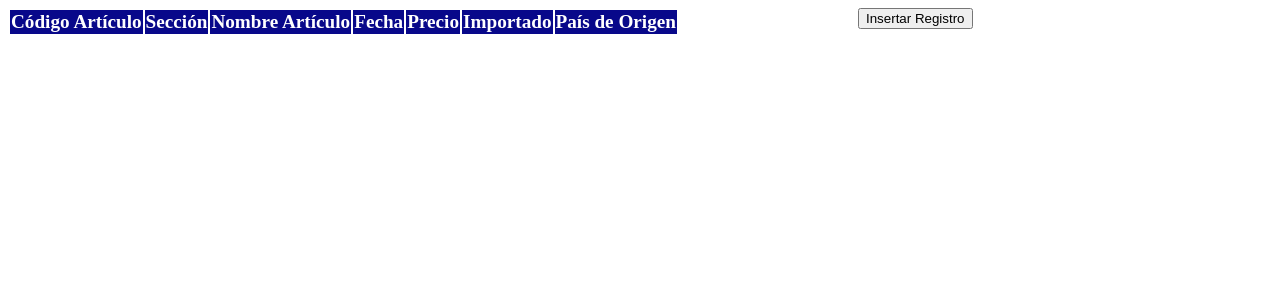
Repository: FernandoJFernandez/Curso-java-2022
Page: http://localhost/Web_de_Productos/ControladorProductos
An editor plug-in stored every save of this project. The page is shown before and after the next save, followed by the edit.
The browser window is 1280 px wide. The pictures show the whole page.
The page is served by Tomcat 9. Other server files are loaded and not shown. Queries for data that is not in the repository find no rows.

Above is the page before, as saved 2023-04-25 00:08:09.

### Web_de_Productos/src/main/webapp/ListaProductos.jsp
<%@ page language="java" contentType="text/html; charset=UTF-8"
    pageEncoding="UTF-8"%>
<%@taglib uri="http://java.sun.com/jsp/jstl/core" prefix = "c" %>

<!DOCTYPE html>
<html>
<head>
	<meta charset="UTF-8">
	<title>Lista Productos</title>
	<style type="text/css">
		.cabecera{
			font-size: 1.2em;
			font-weight: bold;
			color: #FFFFFF;
			background-color: #08088A;
		}
		.filas{
			text-align: center;
			background-color: #5882FA;
		}
		table{
			float: left;
		}
		#contenedorBoton{
			margin-left: 850px;
		}
	</style>
</head>
<body>
	<table>
		<tr>
			<td class="cabecera">Código Artículo</td>
			<td class="cabecera">Sección</td>
			<td class="cabecera">Nombre Artículo</td>
			<td class="cabecera">Fecha</td>
			<td class="cabecera">Precio</td>
			<td class="cabecera">Importado</td>
			<td class="cabecera">País de Origen</td>
		</tr>

		<c:forEach var="tempProd" items="${LISTAPRODUCTOS}">
			<tr>
				<td class="filas">${tempProd.cArt}</td>
				<td class="filas">${tempProd.seccion}</td>
				<td class="filas">${tempProd.nArt}</td>
				<td class="filas">${tempProd.fecha}</td>
				<td class="filas">${tempProd.precio}</td>
				<td class="filas">${tempProd.importado}</td>
				<td class="filas">${tempProd.pOrig}</td>
			</tr>
		</c:forEach>
	</table>
	<div id="contenedorBoton">
		<input type="button" value="Insertar Registro" onclick="window.location.href='inserta_producto.jsp'"/>
	</div>
</body>
</html>

### Web_de_Productos/src/main/java/com/pildorasinformaticas/productos/ControladorProductos.java
package com.pildorasinformaticas.productos;

import java.io.IOException;
import java.util.List;

import javax.annotation.Resource;
import javax.servlet.RequestDispatcher;
import javax.servlet.ServletException;
import javax.servlet.annotation.WebServlet;
import javax.servlet.http.HttpServlet;
import javax.servlet.http.HttpServletRequest;
import javax.servlet.http.HttpServletResponse;
import javax.sql.DataSource;

/**
 * Servlet implementation class ControladorProductos
 */
@WebServlet("/ControladorProductos")
public class ControladorProductos extends HttpServlet {
	private static final long serialVersionUID = 1L;

	private ModeloProductos modeloProductos;

	//Definir o establecer el datasource
	@Resource (name="jdbc/productos")
	private DataSource miPool;

	@Override
	public void init() throws ServletException {
		// TODO Auto-generated method stub
		super.init();

		try {
			modeloProductos = new ModeloProductos(miPool);
		}catch(Exception e) {
			throw new ServletException(e);
		}
	}

	/**
	 * @see HttpServlet#doGet(HttpServletRequest request, HttpServletResponse response)
	 */
	protected void doGet(HttpServletRequest request, HttpServletResponse response) throws ServletException, IOException {
		// TODO Auto-generated method stub
		//response.getWriter().append("Served at: ").append(request.getContextPath());

		//Leer el parámetro del formulario
		String elComando = request.getParameter("instruccion");

		//Si no se envía el parámetro, listar productos
		if(elComando==null) elComando="listar";

		//Redirigir el flujo de ejecución al método adecuado
		switch (elComando) {
		case "listar":
			obtenerProductos(request, response);
			break;

		case "insertarBBDD":
			agregarProductos(request, response);
			break;
		default:
			obtenerProductos(request, response);
		}
	}

	private void agregarProductos(HttpServletRequest request, HttpServletResponse response) {
		// Leer la información del producto que viene del formulario
		String CodArticulo = request.getParameter("CArt");
		String Seccion = request.getParameter("seccion");
		String NombreArticulo = request.getParameter("NArt");
		String Fecha = request.getParameter("fecha");
		String Precio = request.getParameter("precio");
		String Importado = request.getParameter("importado");
		String PaisOrigen = request.getParameter("POrig");

		//Crear un objeto de tipo Producto
		Productos NuevoProducto = new Productos(CodArticulo, Seccion, NombreArticulo, Fecha, Precio, Importado, PaisOrigen);

		//Enviar el objeto al modelo y después insertar el objeto Producto en la BBDD
		modeloProductos.agregarElNuevoProducto(NuevoProducto);

		//Volver al listado de Productos
		obtenerProductos(request, response);
	}

	private void obtenerProductos(HttpServletRequest request, HttpServletResponse response) {
		//Obtener la lista de productos desde el modelo
		List<Productos> productos;

		try {
			productos = modeloProductos.getProductos();

		//Agregar lista de productos al request
		request.setAttribute("LISTAPRODUCTOS", productos);

		//Enviar ese request a la página JSP
		RequestDispatcher miDispatcher = request.getRequestDispatcher("/ListaProductos.jsp");
		miDispatcher.forward(request, response);

		}catch(Exception e) {
			e.printStackTrace();
		}

	}
}

After the next save:
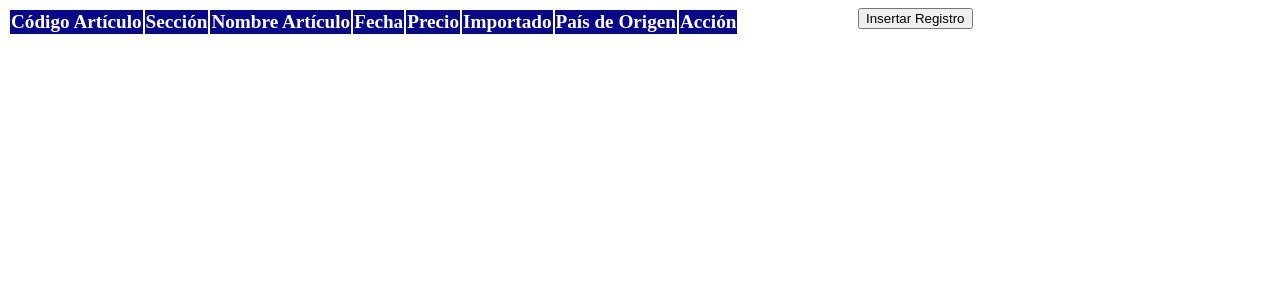
Saved 6 h 32 min later.
--- a/Web_de_Productos/src/main/webapp/ListaProductos.jsp
+++ b/Web_de_Productos/src/main/webapp/ListaProductos.jsp
@@ -36,6 +36,7 @@
 			<td class="cabecera">Precio</td>
 			<td class="cabecera">Importado</td>
 			<td class="cabecera">País de Origen</td>
+			<td class="cabecera">Acción</td>
 		</tr>
 
 		<c:forEach var="tempProd" items="${LISTAPRODUCTOS}">
@@ -47,6 +48,7 @@
 				<td class="filas">${tempProd.precio}</td>
 				<td class="filas">${tempProd.importado}</td>
 				<td class="filas">${tempProd.pOrig}</td>
+				<td class="filas">Aquí irá el link</td>
 			</tr>
 		</c:forEach>
 	</table>
